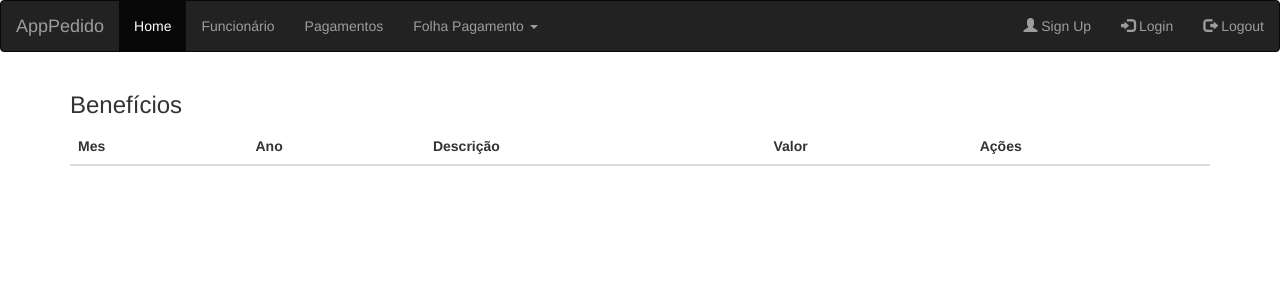
Repository: pauloEzequiel/AppFolha
Page: http://localhost/appfolha/WEB-INF/jsp/beneficio/lista.jsp
An editor plug-in stored every save of this project. The page is shown before and after the next save, followed by the edit.
The browser window is 1280 px wide. The pictures show the whole page.
The page is served by Tomcat 9. Nobody is signed in. Other server files are loaded and not shown. The template is opened directly, without the code that normally fills it, so the values that code supplies are empty.

Above is the page before, as saved 2022-11-13 02:00:47.

### appfolha/src/main/webapp/WEB-INF/jsp/beneficio/lista.jsp
<%@ page language="java" contentType="text/html; charset=ISO-8859-1" pageEncoding="ISO-8859-1"%>
<%@ taglib uri="http://java.sun.com/jsp/jstl/core" prefix="c"%>
<!DOCTYPE html>
<html>
<head>
	<meta charset="ISO-8859-1">
  <link rel="stylesheet" href="https://maxcdn.bootstrapcdn.com/bootstrap/3.4.1/css/bootstrap.min.css">
	<title>AppFolha</title>
</head>
<body>
	<c:import url="/WEB-INF/jsp/menu.jsp"/>
	<div class="container mt-3">
	  <h3>Benefícios</h3>

	  <table class="table table-striped">
	    <thead>
	      <tr>
	        <th>Mes</th>
	        <th>Ano</th>
	        <th>Descrição</th>
	        <th>Valor</th>
	        <th>Ações</th>
	      </tr>
	    </thead>
	    <tbody>
		  <c:forEach var="p" items="${listagem}">
		      <tr>
				<td>${p.mes}</td>
		        <td>${p.ano}</td>
		        <td>${p.descricao}</td>
		        <td>${p.getTotalValor()}</td>
		        <td><a href="/beneficio/${p.id}/visualizar">Visualizar</a>  <a href="/beneficio/${p.id}/excluir">Excluir</a></td>
		      </tr>
	      </c:forEach>
	    </tbody>
	  </table>
	</div>
</body>
</html>

### appfolha/src/main/webapp/WEB-INF/jsp/menu.jsp
<%@ page language="java" contentType="text/html; charset=ISO-8859-1" pageEncoding="ISO-8859-1"%>
<%@ taglib uri="http://java.sun.com/jsp/jstl/core" prefix="c"%>

<script src="https://code.jquery.com/jquery-3.3.1.slim.min.js" integrity="sha384-q8i/X+965DzO0rT7abK41JStQIAqVgRVzpbzo5smXKp4YfRvH+8abtTE1Pi6jizo" crossorigin="anonymous"></script>
<script src="https://cdn.jsdelivr.net/npm/popper.js@1.14.7/dist/umd/popper.min.js" integrity="sha384-UO2eT0CpHqdSJQ6hJty5KVphtPhzWj9WO1clHTMGa3JDZwrnQq4sF86dIHNDz0W1" crossorigin="anonymous"></script>
<script src="https://cdn.jsdelivr.net/npm/bootstrap@4.3.1/dist/js/bootstrap.min.js" integrity="sha384-JjSmVgyd0p3pXB1rRibZUAYoIIy6OrQ6VrjIEaFf/nJGzIxFDsf4x0xIM+B07jRM" crossorigin="anonymous"></script>

<nav class="navbar navbar-inverse">
  <div class="container-fluid">
    <div class="navbar-header">
      <a class="navbar-brand" href="#">AppPedido</a>
    </div>
    <ul class="nav navbar-nav">
      <li class="active"><a href="/">Home</a></li>
	      <li class="nav-item">
	        <a class="nav-link" href="/funcionario/lista">Funcionário</a>
	      </li>
	      <li class="nav-item">
	        <a class="nav-link" href="/pagamento/lista">Pagamentos</a>
	      </li>
	      <li class="class=" nav-item dropdown">
	        <a class="dropdown-toggle" href="/folhaPagamento/lista"	data-toggle="dropdown" role="button" aria-haspopup="true"
					aria-expanded="false">Folha Pagamento <span class="caret"></span></a>
					<ul class="dropdown-menu">

						<li><a class="nav-link" href="/salario/lista">Salário</a></li>
						<li><a class="nav-link" href="/beneficio/lista">Benefício</a></li>
						<li><a class="nav-link" href="/devolucao/lista">Devolução</a></li>
						<li><a class="nav-link" href="/folhaPagamento/lista">Todas</a></li>
					</ul>
	      </li>
    </ul>
    <ul class="nav navbar-nav navbar-right">
      <li><a href="/usuario"><span class="glyphicon glyphicon-user"></span> Sign Up</a></li>
	  <li><a href="/login"><span class="glyphicon glyphicon-log-in"></span> Login</a></li>

       <li><a href="/logout"><span class="glyphicon glyphicon-log-out"></span> Logout</a></li>
    </ul>
  </div>
</nav>

After the next save:
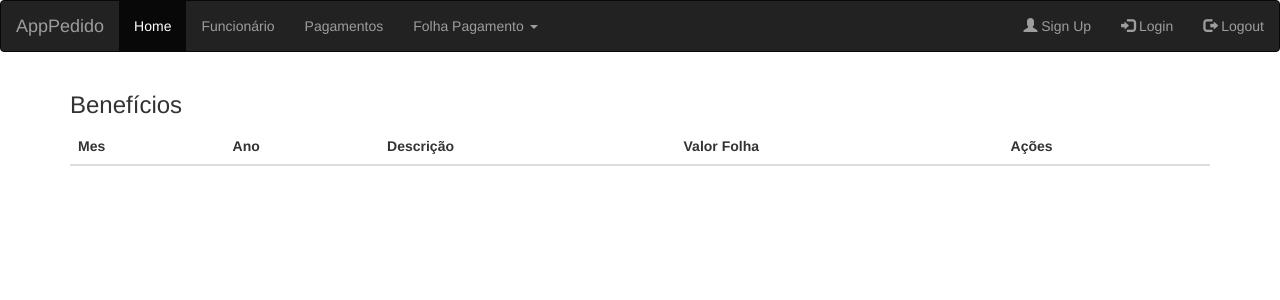
Saved 2 min 33 s later.
--- a/appfolha/src/main/webapp/WEB-INF/jsp/beneficio/lista.jsp
+++ b/appfolha/src/main/webapp/WEB-INF/jsp/beneficio/lista.jsp
@@ -18,7 +18,7 @@
 	        <th>Mes</th>
 	        <th>Ano</th>
 	        <th>Descrição</th>
-	        <th>Valor</th>
+	        <th>Valor Folha</th>
 	        <th>Ações</th>
 	      </tr>
 	    </thead>
